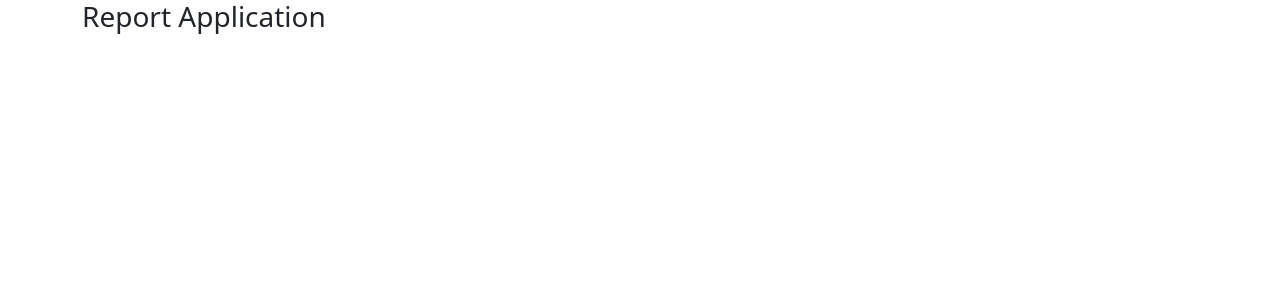
Repository: dubeygaurav52/SpringBoot_Microservices_Concepts
Page: http://localhost/01_Report_App/pages/index.jsp
An editor plug-in stored every save of this project. The page is shown before and after the next save, followed by the edit.
The browser window is 1280 px wide. The pictures show the whole page.
The page is served by Tomcat 9.

Above is the page before, as saved 2025-05-01 14:11:04.

After the next save:
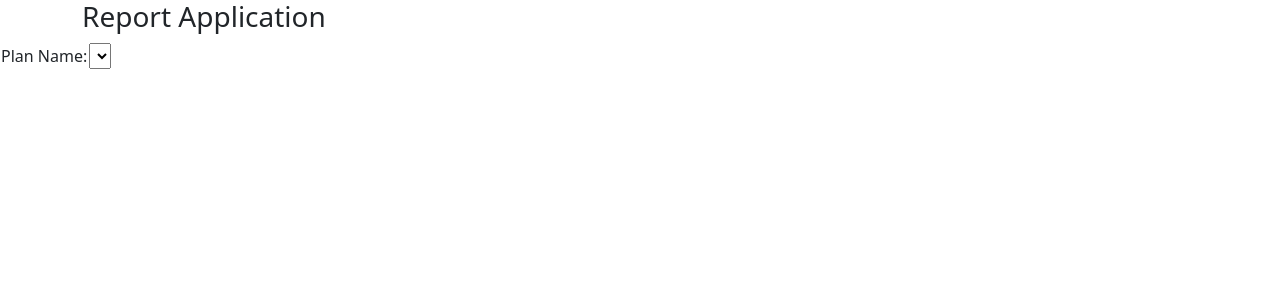
Saved 4 min 16 s later.
--- a/01_Report_App/src/main/webapp/pages/index.jsp
+++ b/01_Report_App/src/main/webapp/pages/index.jsp
@@ -17,7 +17,17 @@
 <!-- <button class="btn btn-primary">Submit</button> -->
 </div>
 
-<form action="" modelAttribute="" method="POST">
+<form action="" modelAttribute="search" method="POST">
+
+<table>
+<tr>
+<td>Plan Name:</td>
+<td>
+<select path="planName"></select>
+</td>
+
+</tr>
+</table>
 
 </form>
 
